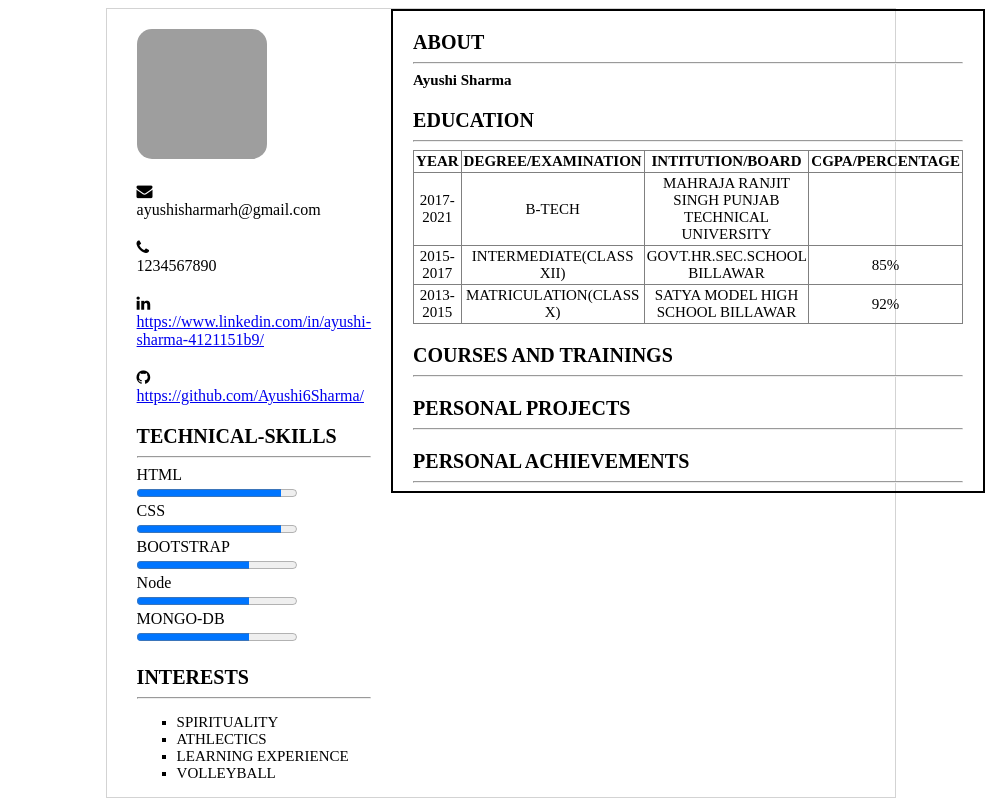
Repository: Ayushi6Sharma/Resume
Page: index.html
An editor plug-in stored every save of this project. The page is shown before and after the next save, followed by the edit.
The browser window is 1002 px wide. The pictures show the whole page.
Pictures or frames that could not be fetched are drawn as grey boxes.

Above is the page before, as saved 2022-05-04 12:03:58.

After the next save:
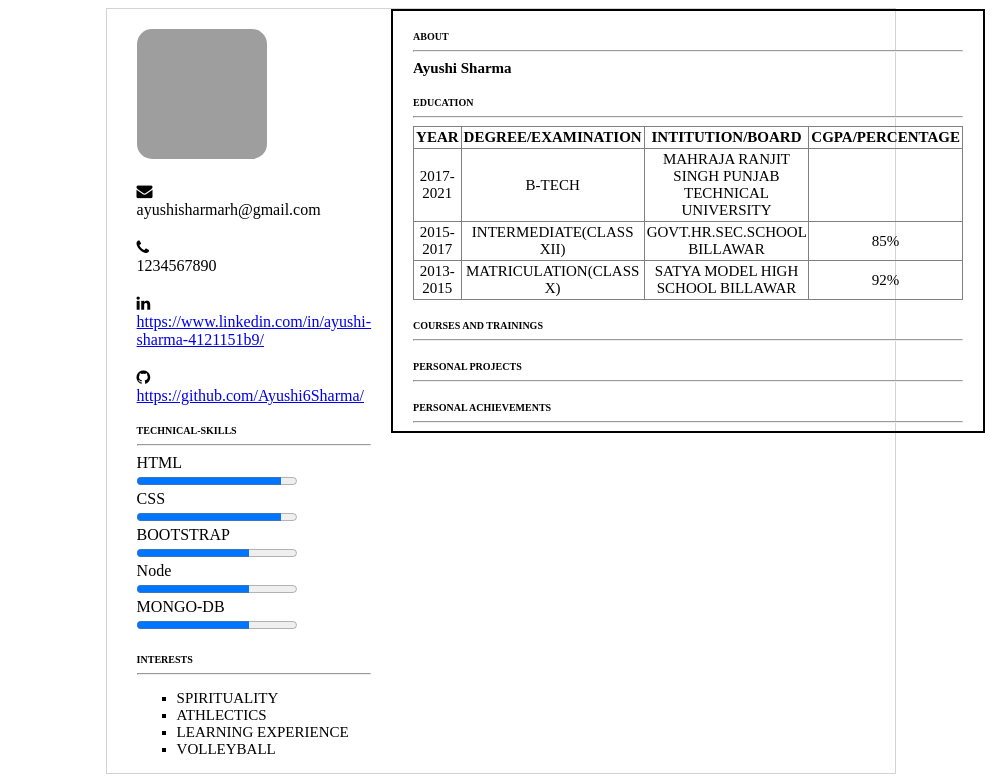
Saved 13 s later.
--- a/style.css
+++ b/style.css
@@ -90,7 +90,7 @@
         font-size: 10px;
     }
 }
-/* @media only screen and (min-width:769px) and (max-width:1002px)
+@media only screen and (min-width:769px) and (max-width:1002px)
 {
     .title
     {
@@ -98,6 +98,6 @@
     }
     table
     {
-        font-size: 15px;
+        font-size: 10px;
     }
-} */
+}

After the save that followed:
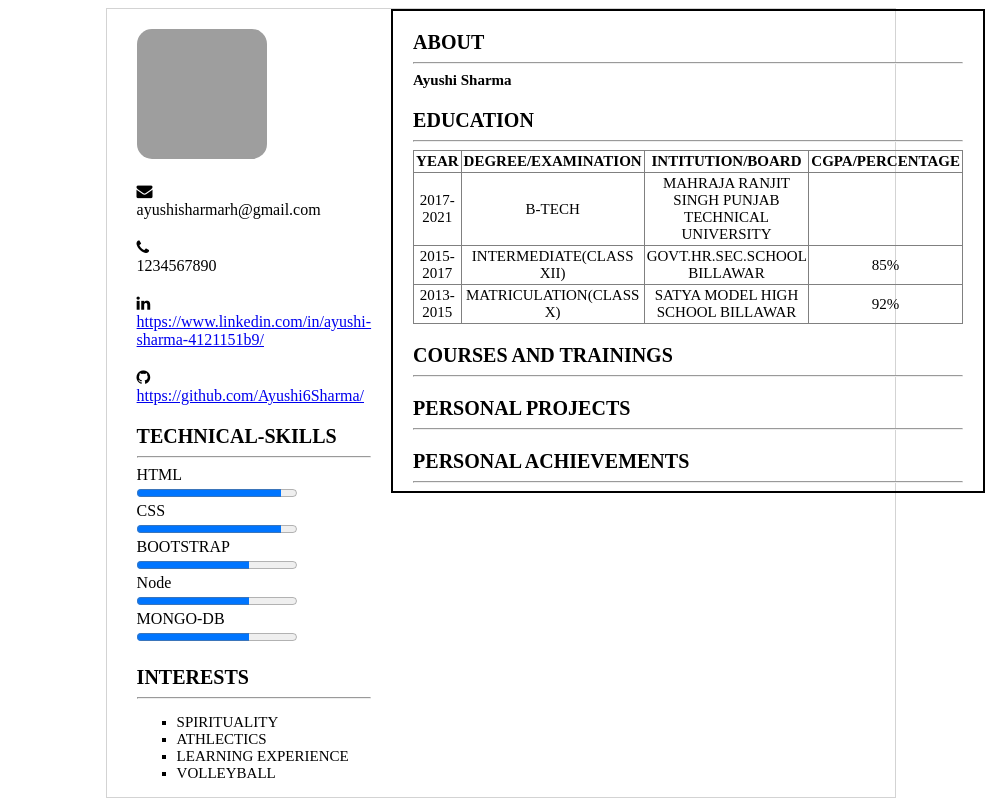
Saved 29 s later.
--- a/style.css
+++ b/style.css
@@ -92,10 +92,6 @@
 }
 @media only screen and (min-width:769px) and (max-width:1002px)
 {
-    .title
-    {
-        font-size: 10px;
-    }
     table
     {
         font-size: 10px;
